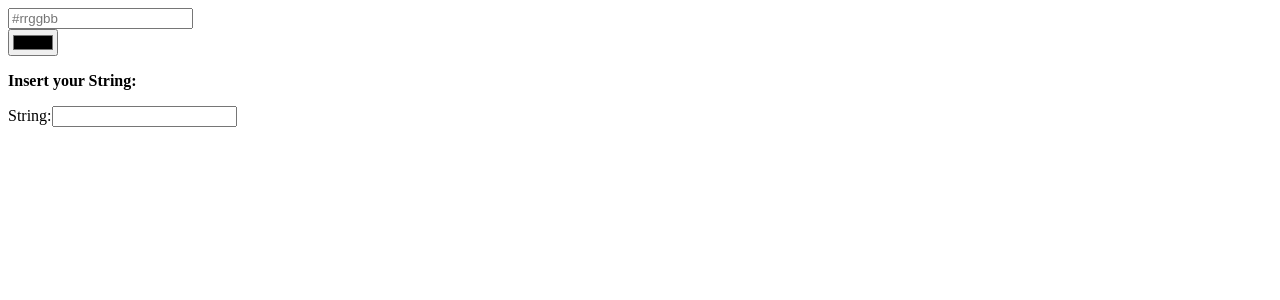
Repository: Micheal11/ReverseStringAssignment
Page: src/MyWidget/widget/template/MyWidget.html
The author's editor kept a copy of each file at every save. The page is drawn from the files as they stood at one save, then again after the next save.
The browser window is 1280 px wide. The pictures show the whole page.

Above is the page before, as saved 2017-07-14 06:05:30.

After the next save:
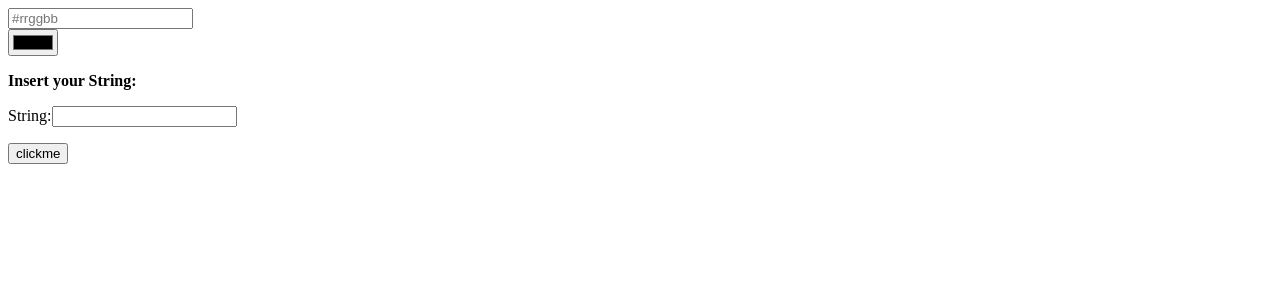
Saved 2 h 33 min later.
--- a/src/MyWidget/widget/template/MyWidget.html
+++ b/src/MyWidget/widget/template/MyWidget.html
@@ -10,6 +10,7 @@
                 <div class="insertString" data-dojo-attach-point="str">
                 <b>Insert your String:</b>
                 <p>String:<input type="text" name="myString" id="myString"></p>
+                <button type="button">clickme</button>
             </div>
         </form>
     <div class="widgetname-infoTextNode" data-dojo-attach-point="infoTextNode" />
